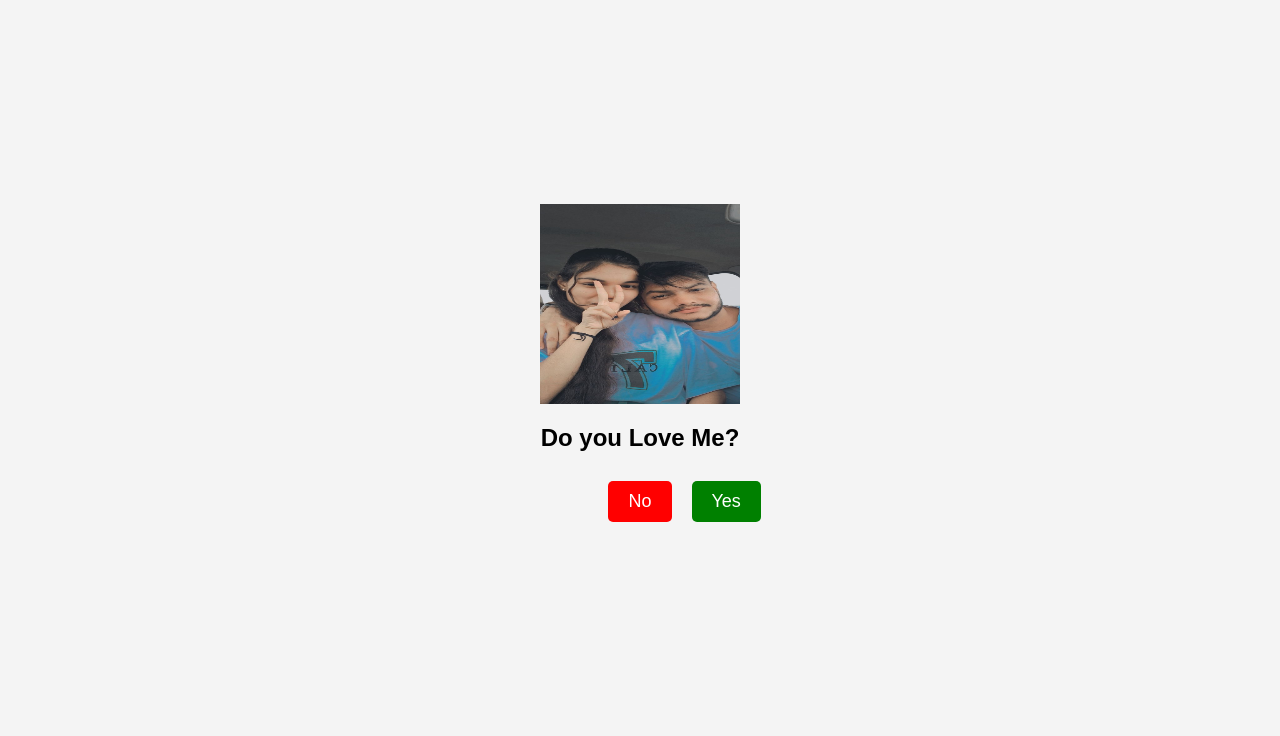
Repository: JishuChouhan/MyCode
Page: yes.html
The author's editor kept a copy of each file at every save. The page is drawn from the files as they stood at one save, then again after the next save.
The browser window is 1280 px wide. The pictures show the whole page.

Above is the page before, as saved 2025-02-17 17:48:04.

After the next save:
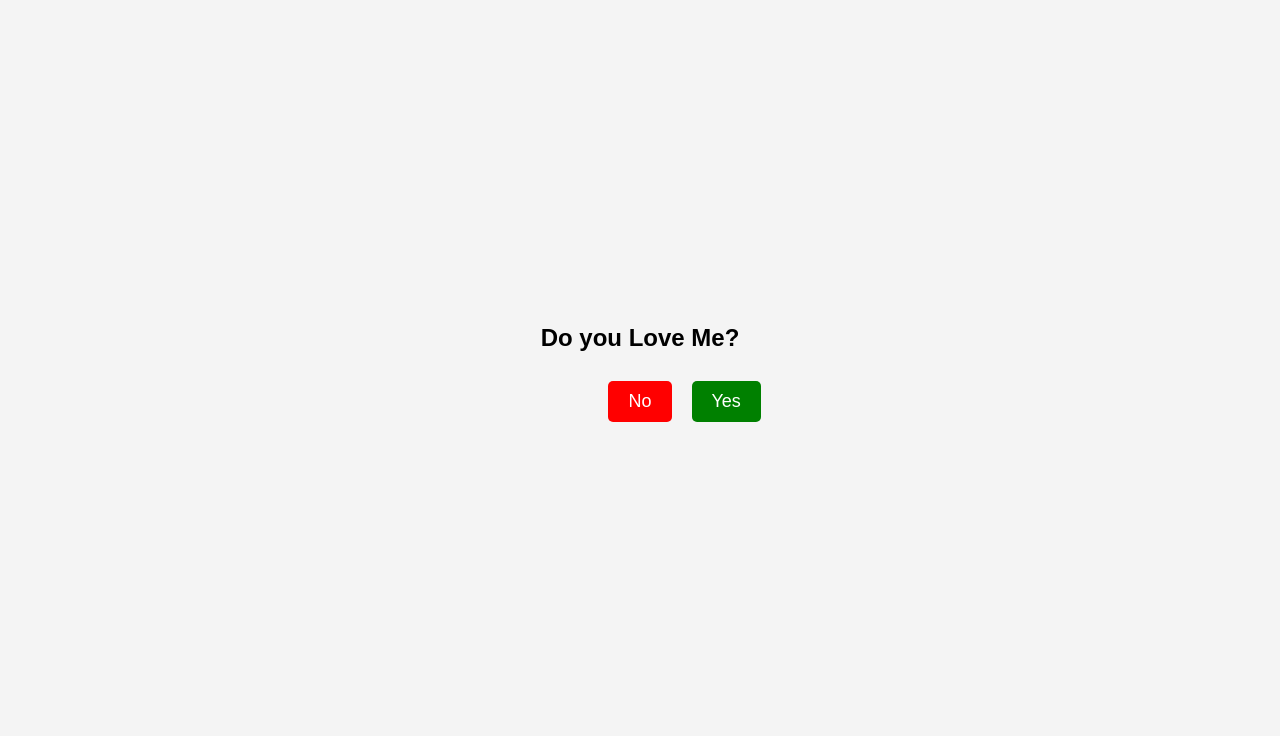
Saved 45 s later.
--- a/yes.html
+++ b/yes.html
@@ -41,7 +41,7 @@
 </head>
 <body>
 
-    <img src="img/Snapchat-735368105.jpg" height="200px" width="200px" alt="">
+    <!-- <img src="img/Snapchat-735368105.jpg" height="200px" width="200px" alt=""> -->
     <h2>Do you Love Me?</h2>
     <div class="btn-container">
         <button id="yesBtn" class="btn" onclick="redirect()">No</button>
